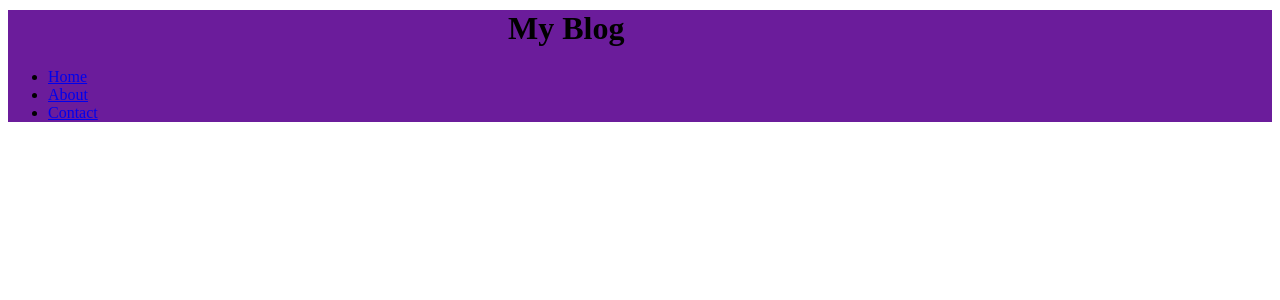
Repository: Femi007-gh/BLOG
Page: index.html
These files come from the project's save history. The page is drawn as it stood at one moment and after a run of saves; the edit follows.
The browser window is 1280 px wide. The pictures show the whole page.

Above is the page before, as saved 2025-01-08 06:51:15.

### index.html
<html>
  <head>
    <title>BLOG</title>
    <link rel="stylesheet" href="style.css">
  </head>
  <body>
    <header>
      <h1 class="head">My Blog</h1>
      <nav>
        <ul>
          <li><a href="#">Home</a></li>
          <li><a href="#">About</a></li>
          <li><a href="#">Contact</a></li>
        </ul>
      </nav>
    </header>
  </body>
</html>

### style.css
header {
  background-color: 6B1C9B;

}

.head {
  margin-left: 500px;
  margin-top: 10px;
}

After the next 2 saves:
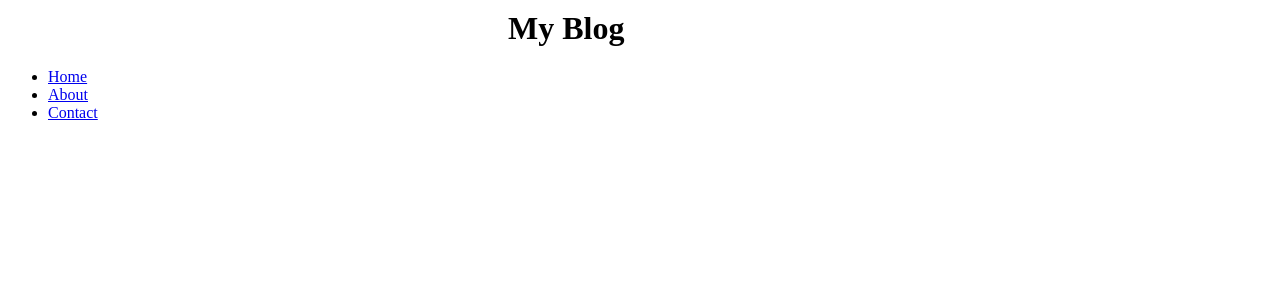
The 2 saves are shown as one change because they came seconds apart.
The last was saved 43 s later.
--- a/style.css
+++ b/style.css
@@ -1,5 +1,5 @@
 header {
-  background-color: 6B1C9B;
+
 
 }
 
